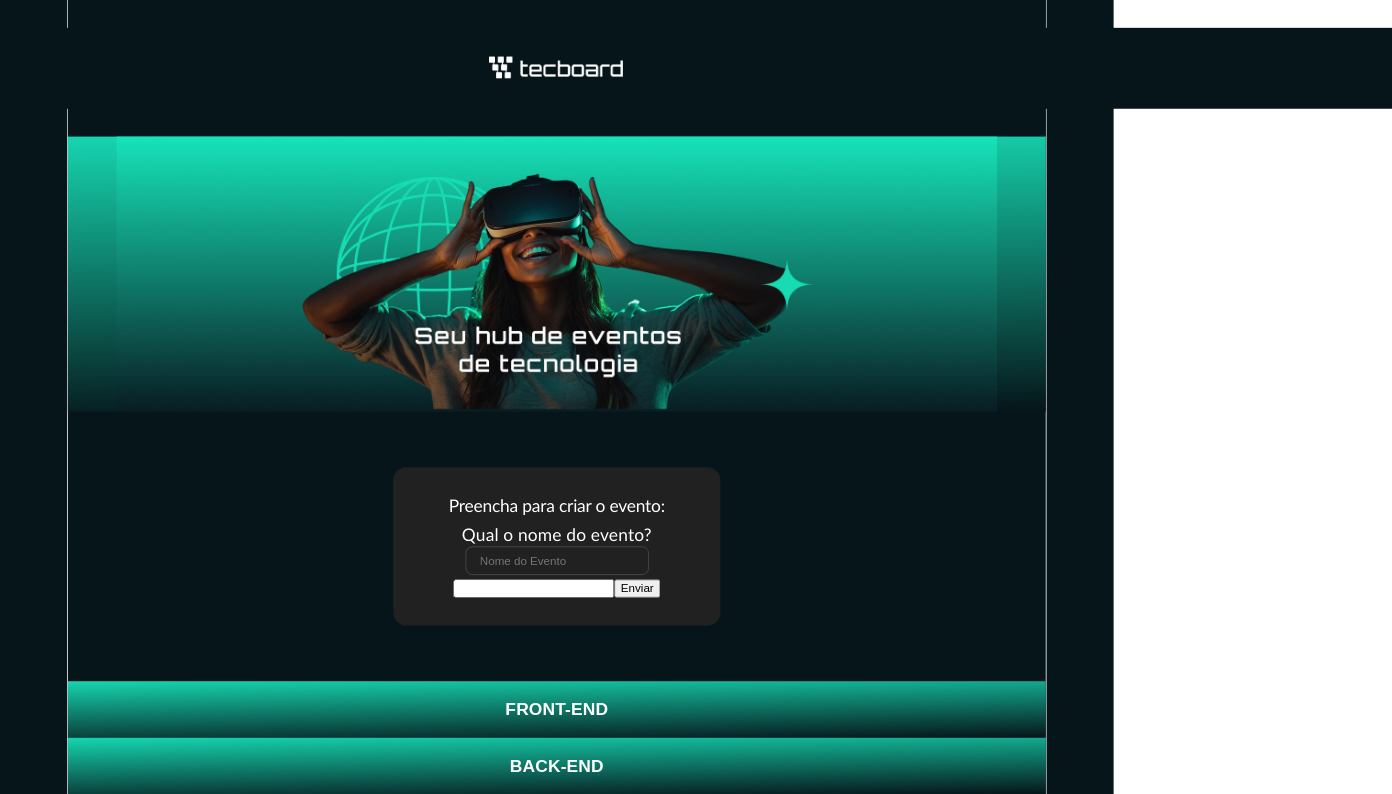
Repository: fernandadev12/techboard
Page: /
These files come from the project's save history. The page is drawn as it stood at one moment and after the next save; the edit follows.
The browser window is 1280 px wide. The page is 1600 px wide, so the pictures cover 1600 px, including what lies to the right of the window. The pictures show the whole page, at 87% of full size.
The project was rebuilt for these pictures with package versions that can differ from the ones it lists, and the page was loaded fresh each time. Also part of the build but not shown: vite.config.js.

Above is the page before, as saved 2026-06-14 14:49:02.

### index.html
<!doctype html>
<html lang="en">
  <head>
    <meta charset="UTF-8" />
    <link rel="icon" type="image/svg+xml" href="/favicon.svg" />
    <meta name="viewport" content="width=device-width, initial-scale=1.0" />
    <link rel="preconnect" href="https://fonts.googleapis.com" />
    <link rel="preconnect" href="https://fonts.gstatic.com" crossorigin />
    <link
      href="https://fonts.googleapis.com/css2?family=Orbitron:wght@400..900&display=swap"
      rel="stylesheet"
    />
    <title>techboard</title>
  </head>
  <body>
    <div id="root"></div>
    <script type="module" src="/src/main.jsx"></script>
  </body>
</html>

### src/index.css
:root {
  --text: #6b6375;
  --text-h: #08060d;
  --bg: #fff;
  --border: #e5e4e7;
  --code-bg: #f4f3ec;
  --accent: #aa3bff;
  --accent-bg: rgba(170, 59, 255, 0.1);
  --accent-border: rgba(170, 59, 255, 0.5);
  --social-bg: rgba(244, 243, 236, 0.5);
  --shadow:
    rgba(0, 0, 0, 0.1) 0 10px 15px -3px, rgba(0, 0, 0, 0.05) 0 4px 6px -2px;

  --sans: system-ui, "Segoe UI", Roboto, sans-serif;
  --heading: system-ui, "Segoe UI", Roboto, sans-serif;
  --mono: ui-monospace, Consolas, monospace;

  font: 18px/145% var(--sans);
  letter-spacing: 0.18px;
  color-scheme: light dark;
  color: var(--text);
  background: var(--bg);
  font-synthesis: none;
  text-rendering: optimizeLegibility;
  -webkit-font-smoothing: antialiased;
  -moz-osx-font-smoothing: grayscale;

  @media (max-width: 1024px) {
    font-size: 16px;
  }
}

@media (prefers-color-scheme: dark) {
  :root {
    --text: #9ca3af;
    --text-h: #f3f4f6;
    --bg: #16171d;
    --border: #2e303a;
    --code-bg: #1f2028;
    --accent: #c084fc;
    --accent-bg: rgba(192, 132, 252, 0.15);
    --accent-border: rgba(192, 132, 252, 0.5);
    --social-bg: rgba(47, 48, 58, 0.5);
    --shadow:
      rgba(0, 0, 0, 0.4) 0 10px 15px -3px, rgba(0, 0, 0, 0.25) 0 4px 6px -2px;
  }

  #social .button-icon {
    filter: invert(1) brightness(2);
  }
}

body {
  margin: 0;
  background-color: #06151a;
}

#root {
  width: 1126px;
  max-width: 100%;
  margin: 0 auto;
  text-align: center;
  border-inline: 1px solid var(--border);
  min-height: 100svh;
  display: flex;
  flex-direction: column;
  box-sizing: border-box;
}

h1,
h2 {
  font-family: var(--heading);
  font-weight: 500;
  color: var(--text-h);
}

h1 {
  font-size: 56px;
  letter-spacing: -1.68px;
  margin: 32px 0;
  @media (max-width: 1024px) {
    font-size: 36px;
    margin: 20px 0;
  }
}
h2 {
  font-size: 24px;
  line-height: 118%;
  letter-spacing: -0.24px;
  margin: 0 0 8px;
  @media (max-width: 1024px) {
    font-size: 20px;
  }
}
p {
  margin: 0;
}

code,
.counter {
  font-family: var(--mono);
  display: inline-flex;
  border-radius: 4px;
  color: var(--text-h);
}

code {
  font-size: 15px;
  line-height: 135%;
  padding: 4px 8px;
  background: var(--code-bg);
}

### src/App.jsx
import "./App.css";
import { Banner } from "./componentes/Banner";
import { Tema } from "./componentes/Tema";
import { FormularioDeEvento } from "./componentes/FormularioDeEvento";

function App() {
  const temas = [
    {
      id: 1,
      nome: "Front-end",
    },
    {
      id: 2,
      nome: "Back-end",
    },
    {
      id: 3,
      nome: "Mobile",
    },
    {
      id: 4,
      nome: "DevOps",
    },
    {
      id: 5,
      nome: "Inteligência Artificial",
    },
    {
      id: 6,
      nome: "Cloud",
    },
  ];

  return (
    <main>
      <header>
        <img src="/Header.png"></img>
      </header>
      <Banner />
      <FormularioDeEvento />
      <section>
        <Tema tema={temas[0]} />
      </section>
      <section>
        <Tema tema={temas[1]} />
      </section>
    </main>
  );
}

export default App;

### src/App.css
header {
  background-color: #06151a;
  padding: 32px;
  display: flex;
  justify-content: center;
}
section {
  background: linear-gradient(179deg, #16d5af 0%, #06151a);
  display: flex;
  justify-content: center;
}
section img {
  max-width: 90%;
}

.form-evento {
  background-color: #212121;
  padding: 32px 28px;
  border-radius: 15px;
  width: 394px;
  margin: 64px auto;
  max-width: 320px;
}
.hero {
  position: relative;

  .base,
  .framework,
  .vite {
    inset-inline: 0;
    margin: 0 auto;
  }

  .base {
    width: 170px;
    position: relative;
    z-index: 0;
  }

  .framework,
  .vite {
    position: absolute;
  }

  .framework {
    z-index: 1;
    top: 34px;
    height: 28px;
    transform: perspective(2000px) rotateZ(300deg) rotateX(44deg) rotateY(39deg)
      scale(1.4);
  }

  .vite {
    z-index: 0;
    top: 107px;
    height: 26px;
    width: auto;
    transform: perspective(2000px) rotateZ(300deg) rotateX(40deg) rotateY(39deg)
      scale(0.8);
  }
}

#center {
  display: flex;
  flex-direction: column;
  gap: 25px;
  place-content: center;
  place-items: center;
  flex-grow: 1;

  @media (max-width: 1024px) {
    padding: 32px 20px 24px;
    gap: 18px;
  }
}

#next-steps {
  display: flex;
  border-top: 1px solid var(--border);
  text-align: left;

  & > div {
    flex: 1 1 0;
    padding: 32px;
    @media (max-width: 1024px) {
      padding: 24px 20px;
    }
  }

  .icon {
    margin-bottom: 16px;
    width: 22px;
    height: 22px;
  }

  @media (max-width: 1024px) {
    flex-direction: column;
    text-align: center;
  }
}

#docs {
  border-right: 1px solid var(--border);

  @media (max-width: 1024px) {
    border-right: none;
    border-bottom: 1px solid var(--border);
  }
}

#next-steps ul {
  list-style: none;
  padding: 0;
  display: flex;
  gap: 8px;
  margin: 32px 0 0;

  .logo {
    height: 18px;
  }

  a {
    color: var(--text-h);
    font-size: 16px;
    border-radius: 6px;
    background: var(--social-bg);
    display: flex;
    padding: 6px 12px;
    align-items: center;
    gap: 8px;
    text-decoration: none;
    transition: box-shadow 0.3s;

    &:hover {
      box-shadow: var(--shadow);
    }
    .button-icon {
      height: 18px;
      width: 18px;
    }
  }

  @media (max-width: 1024px) {
    margin-top: 20px;
    flex-wrap: wrap;
    justify-content: center;

    li {
      flex: 1 1 calc(50% - 8px);
    }

    a {
      width: 100%;
      justify-content: center;
      box-sizing: border-box;
    }
  }
}

#spacer {
  height: 88px;
  border-top: 1px solid var(--border);
  @media (max-width: 1024px) {
    height: 48px;
  }
}

.ticks {
  position: relative;
  width: 100%;

  &::before,
  &::after {
    content: "";
    position: absolute;
    top: -4.5px;
    border: 5px solid transparent;
  }

  &::before {
    left: 0;
    border-left-color: var(--border);
  }
  &::after {
    right: 0;
    border-right-color: var(--border);
  }
}

### src/componentes/Banner/index.jsx
import "./bannerstyles.css";

export function Banner() {
  return (
    <section className="banner">
      <img src="/Banner.jpg"></img>
    </section>
  );
}

### src/componentes/Tema/index.jsx
import "./temastyles.css";

export function Tema({ tema }) {
  return <h3 className="titulotema">{tema.nome}</h3>;
}

### src/componentes/FormularioDeEvento/index.jsx
import { TituloFormulario } from "../TituloFormulario";
import { CampoFormulario } from "../CampoDeFormulario";
import { BotaoFormulario } from "../Botao";
import { LabelFormulario } from "../Label";
import { CampoDeEntrada } from "../CampoDeEntrada";

export function FormularioDeEvento() {
  return (
    <form className="form-evento">
      <TituloFormulario> Preencha para criar o evento:</TituloFormulario>
      <LabelFormulario htmlFor="nome">Qual o nome do evento?</LabelFormulario>
      <CampoDeEntrada
        type="text"
        id="nome"
        placeholder="Nome do Evento"
        name="nomeEvento"
      />

      <CampoFormulario />
      <input type="text" id="nome" />
      <BotaoFormulario />
    </form>
  );
}

### src/componentes/Banner/bannerstyles.css
.banner {
  background: linear-gradient(179deg, #16d5af 0%, #06151a);
  display: flex;
  justify-content: center;
}

.banner img {
  max-width: 90%;
}

### src/componentes/Tema/temastyles.css
.titulotema {
  color: #fff;
  font-family: "Orbiton", sans-serif;
  font-weight: 600;
  font-size: 20px;
  line-height: 125%;
  letter-spacing: 10%;
  vertical-align: middle;
  text-transform: uppercase;
}

### src/componentes/TituloFormulario/index.jsx
import "./titulostyle.css";

// export function TituloFormulario() {
//   return <h3 class="tituloform">Preencha para criar um evento:</h3>;
// }
export function TituloFormulario({ children }) {
  return <h2 className="tituloform">{children}</h2>;
}

### src/componentes/CampoDeFormulario/index.jsx
import "./campoformestyles.css";

export function CampoFormulario({ children }) {
  return <fieldset className="campoform">{children}</fieldset>;
}

### src/componentes/Botao/index.jsx
export function BotaoFormulario() {
  return <button type="submit">Enviar</button>;
}

### src/componentes/Label/index.jsx
import "./labelstyles.css";

export function LabelFormulario({ children, htmlFor }) {
  return (
    <label className="label" htmlFor={htmlFor}>
      {children}
    </label>
  );
}

### src/componentes/CampoDeEntrada/index.jsx
import "./campoentradastyles.css";

export function CampoDeEntrada(props) {
  return <input className="campoformularioinput" {...props} />;
}

### src/componentes/TituloFormulario/titulostyle.css
.tituloform {
  font-family:
    "Trebuchet MS", "Lucida Sans Unicode", "Lucida Grande", "Lucida Sans",
    Arial, sans-serif;
  font-weight: 400;
  font-size: 20px;
  line-height: 125%;
  color: #fff;
}

### src/componentes/CampoDeFormulario/campoformestyles.css
.campoform {
  display: flex;
  flex-direction: column;
  gap: 8px;
  border: none;
  padding: 0;
  margin: 0;
}

### src/componentes/Label/labelstyles.css
.label {
  font-family:
    "Trebuchet MS", "Lucida Sans Unicode", "Lucida Grande", "Lucida Sans",
    Arial, sans-serif;
  font-weight: 400;
  font-size: 20px;
  line-height: 125%;
  color: #fff;
}

### src/componentes/CampoDeEntrada/campoentradastyles.css
.campoformularioinput {
  border-radius: 8px;
  background-color: transparent;
  border: 1px solid #4a4949;
  color: #fff;
  padding: 8px 16px;
}

.campoformularioinput:placeholder {
  color: #4a4949;
}

Loaded but not shown: src/main.jsx (common file)

After the next save:
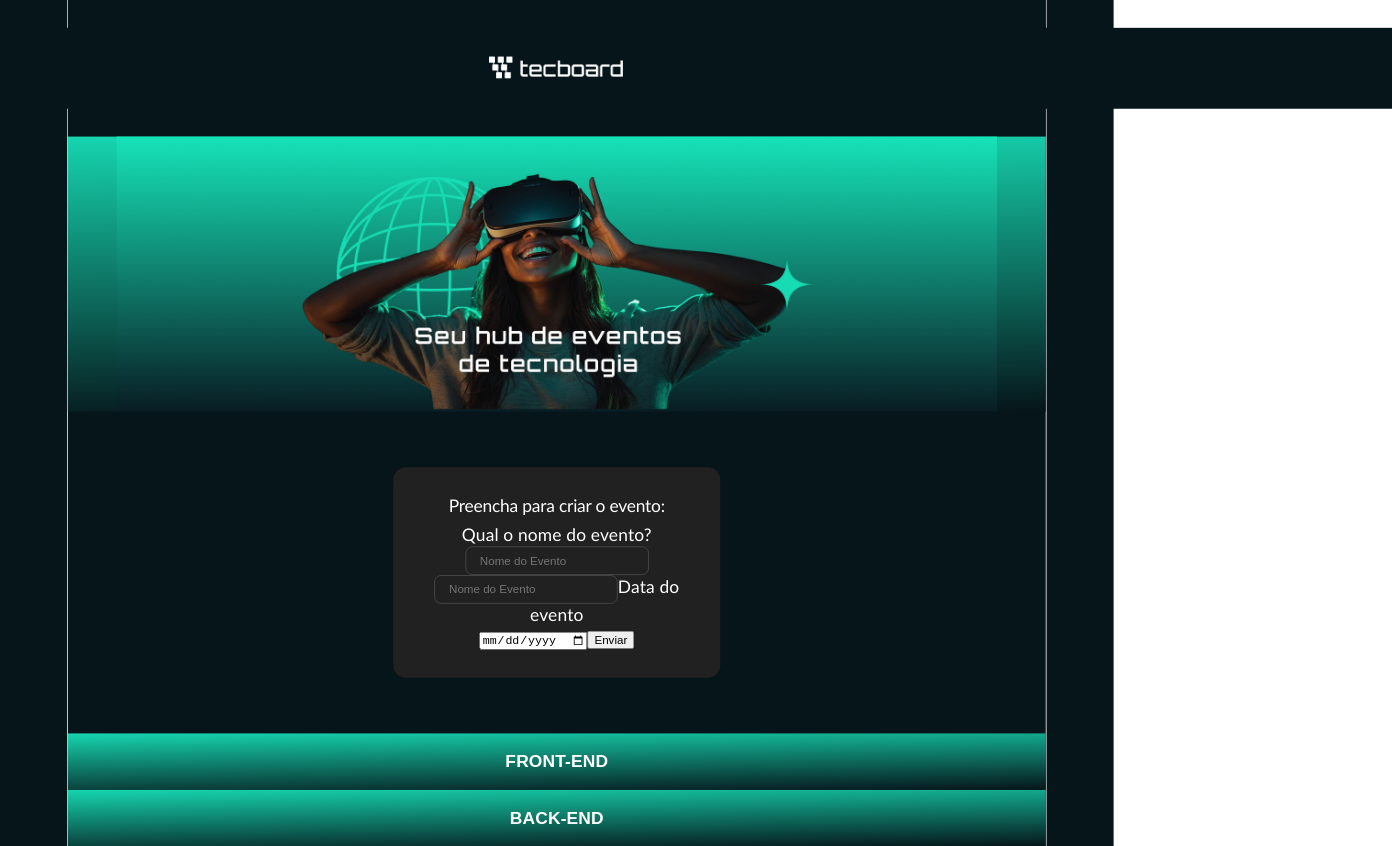
Saved 68 s later.
--- a/src/componentes/FormularioDeEvento/index.jsx
+++ b/src/componentes/FormularioDeEvento/index.jsx
@@ -15,9 +15,16 @@
         placeholder="Nome do Evento"
         name="nomeEvento"
       />
+      <CampoDeEntrada
+        type="text"
+        id="nome"
+        placeholder="Nome do Evento"
+        name="nomeEvento"
+      />
 
+      <LabelFormulario htmlFor="data">Data do evento</LabelFormulario>
       <CampoFormulario />
-      <input type="text" id="nome" />
+      <input type="date" id="dataEvento" />
       <BotaoFormulario />
     </form>
   );
